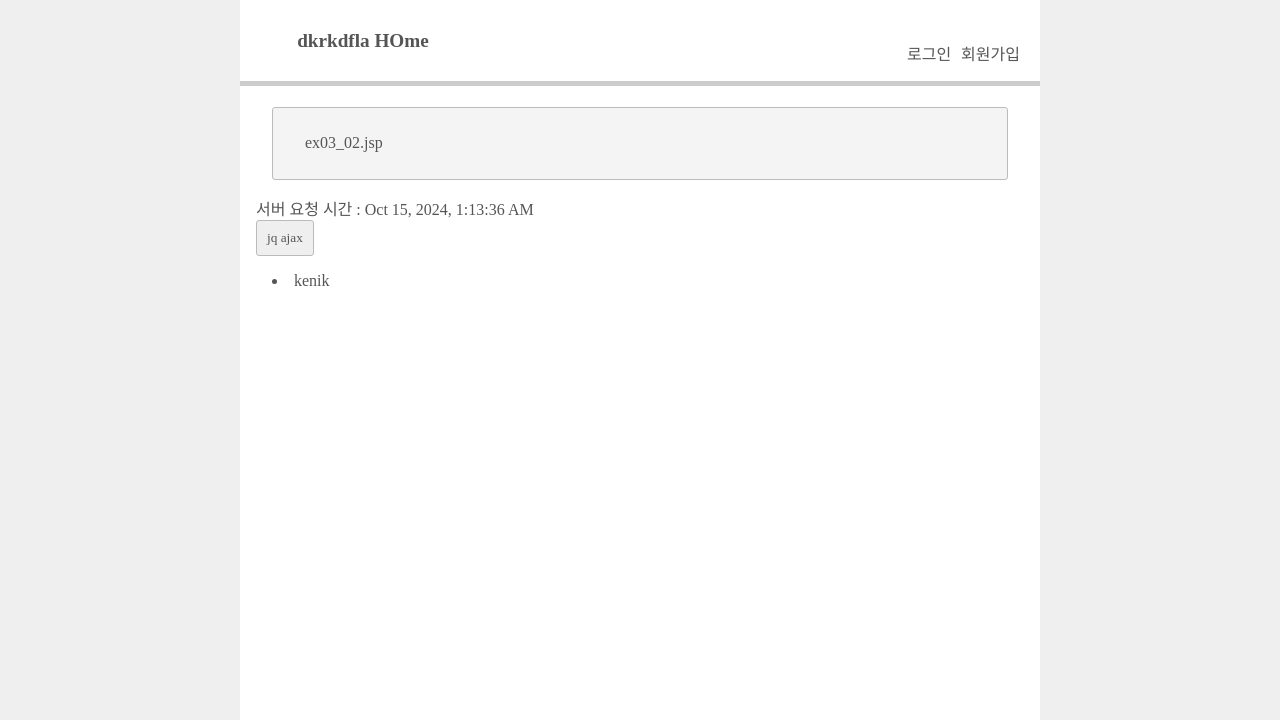
Repository: Dusajang/JSPClass
Page: http://localhost/jspPro/days09/ex03_02.jsp
An editor plug-in stored every save of this project. The page is shown before and after the next save, followed by the edit.
The browser window is 1280 px wide. The pictures show the whole page.
After loading, the first visible `input` was clicked once.
Some web fonts or font styles are not loaded; a fallback is used. The page is served by Tomcat 9. Other server files are loaded and not shown.

Above is the page before, as saved 2024-10-25 03:23:10.

### jspPro/src/main/webapp/days09/ex03_02.jsp
<%@page import="java.util.Date"%>
<%@ page contentType="text/html; charset=UTF-8" pageEncoding="UTF-8"%>
<%@ page trimDirectiveWhitespaces="true" %>
<%@ taglib prefix="c" uri="http://java.sun.com/jsp/jstl/core" %>
<!DOCTYPE html>
<html>
<head>
<meta charset="UTF-8">
<title>Insert title here</title>
<link rel="shortcut icon" type="image/x-icon" href="http://localhost/jspPro/images/SiSt.ico">
<script src="https://ajax.googleapis.com/ajax/libs/jquery/3.7.1/jquery.min.js"></script>
<meta name="viewport" content="width=device-width, initial-scale=1.0">
<meta name="google" content="notranslate">
<link rel="stylesheet" href="http://localhost/jspPro/resources/cdn-main/example.css">
<script src="http://localhost/jspPro/resources/cdn-main/example.js"></script>
<style>
 span.material-symbols-outlined{
    vertical-align: text-bottom;
 }
</style>
</head>
<body>
<header>
  <h1 class="main"><a href="#" style="position: absolute;top:30px;">dkrkdfla HOme</a></h1>
  <ul>
    <li><a href="#">로그인</a></li>
    <li><a href="#">회원가입</a></li>
  </ul>
</header>
<div>
  <xmp class="code">
    ex03_02.jsp
  </xmp>

  서버 요청 시간 : <%= new Date().toLocaleString() %>
  <br>

  <input type="button" value="jq ajax">
  <br>

  <p id="demo"></p>

  <script>
  $(function () {
		$("input").on("click", function (event) {
			// jq ajax method : load(url, param, callback)
			$("#demo").load(
				"ex03_ajax_info.txt",
				function (responseText, status, xhr) {
					if(status == "success"){
						let txt = responseText;
						let names = txt.split(",");
		            	for (let name of names) {
							$("#demo")
								.empty()
								.append($("<li></li>").text(name));
						}// for
					}//if
					if ( status == "error" ) {
					    var msg = "Sorry but there was an error: ";
					    $( "#demo" ).html( msg + xhr.status + " " + xhr.statusText );
					  }
				}//function
			);// load
		});//click
	});
  </script>
</div>
</body>
</html>

### jspPro/src/main/webapp/resources/cdn-main/example.css
@charset "UTF-8";

@import url('https://fonts.googleapis.com/css2?family=Material+Symbols+Outlined:opsz,wght,FILL,GRAD@20..48,100..700,0..1,-50..200');

@font-face {
    font-family: 'GmarketSansMedium';
    src: url('https://cdn.jsdelivr.net/gh/projectnoonnu/noonfonts_2001@1.1/GmarketSansMedium.woff') format('woff');
    font-weight: normal;
    font-style: normal;
}

:root {
	--text-color: #555;
	--sub-text-color: #777;
	--back-color: #EFEFEF;
	--header-color: #444;
	--primary-color: #DEDEDE;
	--secondary-color: #EFEFEF;
	--default-width: 800px;
	--narrow-width: 500px;
	--wide-width: 1200px;
	--text-font: 'GmarketSansMedium';
	--icon-font: 'Material Symbols Outlined';
	--border-color: #CCC;
}

html, body {
	margin: 0;
	padding: 0;
}

html {
	background-color: var(--back-color);
	display: flex;
	justify-content: center;
	min-height: 100vh;
}

body, body.default {
	width: var(--default-width);
	background-color: white;
	padding-bottom: 120px;
}

body.wide {
	width: var(--wide-width);
}

body.narrow {
	width: var(--narrow-width);
}



body, p, div, span, a, input, select, option, textarea, button, table, th, td, label, fieldset, legend {
	font-family: var(--text-font);
	color: var(--text-color);
}

h1, h2, h3 {
	font-family: var(--text-font);
	color: var(--header-color);
	padding: 0 1rem;
	padding-top: .5rem;
}

div > h1, div > h2, div > h3 {
	padding: 0;
}

body > div, body > main > div {
	padding: 0.3rem 1rem;
}


h1 { font-size: 2rem; border-bottom: 1px solid var(--border-color); }
h1 small { font-size: 1.2rem; color: var(--sub-text-color); }
h2 { font-size: 1.5rem; border-bottom: 1px dashed var(--border-color); }
h2 small { font-size: 1.1rem; color: --sub-text-color; }
h3 { font-size: 1.2rem; }
h3 small { font-size: 1rem; color: --sub-text-color; }



h1.main::before {
	font-family: var(--icon-font);
  	content: '\e666';
  	margin-right: 10px;
  	float: left;
	font-size: 2.5rem;
}

h1.sub::before {
	font-family: var(--icon-font);
  	content: '\ea19';
  	margin-right: 10px;
  	float: left;
	font-size: 2.5rem;
}


h1.page::before {
	font-family: var(--icon-font);
  	content: '\e0e0';
  	margin-right: 10px;
  	float: left;
	font-size: 2.5rem;
}

body > header > ul > li > .active{
	background-color: #FFF;
	color:#F00;
}

body > header {
	display: flex;
	justify-content: space-between;
	border-bottom: 5px solid var(--border-color);
	min-height: 74px;
	background-color: #FFF;
}

body > header.sticky {
	position: sticky;
	top: 0;
	z-index: 98;
}

body > header > h1 {
	font-size: 1.2rem;
	border: 0;
}

body > header.in > h1::before {
	font-family: var(--icon-font);
  	content: '\e332‥';
  	margin-right: 3px;
  	float: left;
	font-size: 2rem;
}


body > header > ul {
	list-style-type: none;
	display: flex;
	align-items: flex-end;
	margin-right: 10px;
}

body > header > ul > li {
	margin-right: 10px;
	cursor: pointer;
}

body > header > ul > li > a {
	cursor: pointer;
}


form {
	display: block;
}

form > div {
	padding: 0.3rem 1rem;
}

div > form > div {
	padding: 0.3rem 0;
}

input, textarea, button, select {
	border: 1px solid #BBB;
	border-radius: 3px;
	outline: none;
	resize: none;
	padding: 7px;
	margin: 0;
}

input[type=text]:read-only, textarea:read-only {
	cursor: not-allowed;
	background-color: #FFF;
}

input[type=text]:disabled, textarea:disabled {
	cursor: not-allowed;
	background-color: #EEE;
}

input[type=text], input[type=password], textarea, button, select {
	/* width: 300px; */
}

textarea {
	display: block;
	height: 100px;
}

input[type=button], input[type=submit], button {
	/* width: inherit; */
}

input.short, textarea.short, button.short, select.short {
	width: 100px;
}

input.long, textarea.long, button.long, select.long {
	width: 350px;
}

.narrow input.long, .narrow textarea.long, .narrow button.long, .narrow select.long {
	width: calc(100% - 20px);
}

input.full, textarea.full, button.full, select.full {
	width: calc(100% - 20px);
}

textarea.short {
	height: 50px;
}

textarea.long {
	height: 100px;
}

textarea.full {
	height: 200px;
}

input, textarea {
	padding-top: 8px;
}

input[type=button], input[type=submit], button {
	padding: 5px 10px;
	background-color: var(--secondary-color);
	cursor: pointer;
	min-height: 36px;
}

input[type=button].primary, input[type=submit].primary, button.primary {
	/* background-color: rgba(100, 149, 237, .2); */
	background-color: var(--primary-color);
}

input[type=button].primary:hover, input[type=submit].primary:hover, button.primary:hover {
	/* background-color: rgba(100, 149, 237, .3); */
	background-color: var(--secondary-color);
}

input[type=button]:hover, input[type=submit]:hover, button:hover {
	background-color: var(--primary-color);
}

button {
	position: relative;
	left: 0;
	top: 0;
	padding-left: 35px;
}

button .material-symbols-outlined {
	position: absolute;
	left: 10px;
	top: 4px;
}

/* k2nik add */
button.login::before {
	font-family: var(--icon-font);
  	content: '\ea77';
	position: absolute;
	left: 11px;
	top: 4px;
	font-size: 1.25rem;
}

/* k2nik logout */
button.logout::before {
	font-family: var(--icon-font);
  	content: '\e9ba';
	position: absolute;
	left: 11px;
	top: 4px;
	font-size: 1.25rem;
}

/* k2nik help */
button.help::before {
	font-family: var(--icon-font);
  	content: '\f1c0';
	position: absolute;
	left: 11px;
	top: 4px;
	font-size: 1.25rem;
}

button.add::before{
	font-family: var(--icon-font);
  	content: '\e746';
	position: absolute;
	left: 11px;
	top: 4px;
	font-size: 1.25rem;
}

button.back::before {
	font-family: var(--icon-font);
  	content: '\e166';
	position: absolute;
	left: 11px;
	top: 4px;
	font-size: 1.25rem;
}

button.list::before {
	font-family: var(--icon-font);
  	content: '\e0ee';
	position: absolute;
	left: 11px;
	top: 4px;
	font-size: 1.25rem;
}


button.del::before {
	font-family: var(--icon-font);
  	content: '\e872';
	position: absolute;
	left: 11px;
	top: 4px;
	font-size: 1.25rem;
}


button.edit::before {
	font-family: var(--icon-font);
  	content: '\e745';
	position: absolute;
	left: 11px;
	top: 4px;
	font-size: 1.25rem;
}


button.login::before {
	font-family: var(--icon-font);
  	content: '\ea77';
	position: absolute;
	left: 11px;
	top: 4px;
	font-size: 1.25rem;
}


button.logout::before {
	font-family: var(--icon-font);
  	content: '\e9ba';
	position: absolute;
	left: 11px;
	top: 4px;
	font-size: 1.25rem;
}


button.in::before {
	font-family: var(--icon-font);
  	content: '\f71a';
	position: absolute;
	left: 11px;
	top: 4px;
	font-size: 1.25rem;
}


button.out::before {
	font-family: var(--icon-font);
  	content: '\f70e';
	position: absolute;
	left: 11px;
	top: 4px;
	font-size: 1.25rem;
}


button.reply::before {
	font-family: var(--icon-font);
  	content: '\e15e';
	position: absolute;
	left: 11px;
	top: 4px;
	font-size: 1.25rem;
}


button.comment::before {
	font-family: var(--icon-font);
  	content: '\e0b9';
	position: absolute;
	left: 11px;
	top: 4px;
	font-size: 1.25rem;
}


button.modal::before {
	font-family: var(--icon-font);
  	content: '\e89e';
	position: absolute;
	left: 11px;
	top: 4px;
	font-size: 1.25rem;
}


button.ok::before {
	font-family: var(--icon-font);
  	content: '\e86c';
	position: absolute;
	left: 11px;
	top: 4px;
	font-size: 1.25rem;
}


button.cancel::before {
	font-family: var(--icon-font);
  	content: '\e5c9';
	position: absolute;
	left: 11px;
	top: 4px;
	font-size: 1.25rem;
}

button.search::before {
	font-family: var(--icon-font);
  	content: '\e8b6';
	position: absolute;
	left: 11px;
	top: 4px;
	font-size: 1.25rem;
}

button.home::before {
	font-family: var(--icon-font);
  	content: '\e88a';
	position: absolute;
	left: 11px;
	top: 4px;
	font-size: 1.25rem;
}


button.sidebar::before {
	font-family: var(--icon-font);
  	content: '\f7e4';
	position: absolute;
	left: 11px;
	top: 4px;
	font-size: 1.25rem;
}


button.sidebar-right::before {
	font-family: var(--icon-font);
  	content: '\f7e5';
	position: absolute;
	left: 11px;
	top: 4px;
	font-size: 1.25rem;
}




button::before {
	font-family: var(--icon-font);
  	content: '\e323';
	position: absolute;
	left: 11px;
	top: 4px;
	font-size: 1.25rem;
}


table {
	border-collapse: collapse;
	margin: 1rem;
	box-sizing: border-box;
	width: calc(100% - 32px);
}

table.content {
	width: auto;
}

div > table {
	margin: 0;
}

table th, table td {
	border: 1px solid var(--border-color);
	padding: 7px;
	font-weight: normal;
}

table th {
	background-color: var(--back-color);
}

table.vertical th {
	width: 150px;
}

table.vertical td {
	width: calc(100% - 182px);
	padding-left: 10px;
}

table.content td, table.content th {
	width: auto;
}

body.narrow table.vertical th {
	width: 100px;
}

body.narrow table.vertical td {
	width: calc(100% - 182px);
}


table + table {
	margin-top: 30px;
}


p {
	padding: 0 1rem;
}

a {
	text-decoration: none;
}

a:hover {
	color: rgba(255, 99, 71, .7);
}

hr {
	border: 0;
	border-top: 1px solid var(--border-color);
	margin: 2rem 0;
}

.message {
	border: 1px solid var(--border-color);
	background-color: #EFEFEF;
	margin: 1rem;
	width: auto;
	padding-top: 10px;
	padding-bottom: 10px;
	font-size: 14px;
}

.message[title]::before {
	content: attr(title);
	display: block;
	border-bottom: 1px solid var(--border-color);
	padding-bottom: 5px;
	margin-bottom: 10px;
	margin-top: 7px;
}

.message.short {
	max-width: 250px;
}

.message.long {
	max-width: 500px;
}

.badge {
	float: right;
	font-size: .8rem;
	margin-top: 2px;
	margin-right: 2px;
	text-shadow: 0 0 7px gray;
}

.badge.left {
	float: none;
	margin-left: 2px;
}

.badge.right {
	float: right;
}

.badge.red {
	border-radius: 50%;
	padding: 2px 5px;
	background-color: rgb(255, 99, 71, .3);
}

.badge.yellow {

	border-radius: 50%;
	padding: 2px 5px;
	background-color: rgb(255, 215, 0, .5);
}

.badge.blue {
	border-radius: 50%;
	padding: 2px 5px;
	background-color: rgb(100, 149, 237, .3);
}

label + label {
	margin-left: 7px;
}

label input[type=checkbox], label input[type=radio] {
	transform: translate(0, 1px);
}

.group {
	display: flex;
}

.modal-content .group {
	margin-bottom: .5rem;
}

.group label {
	border: 1px solid #BBB;
	border-radius: 3px;
	outline: none;
	resize: none;
	padding: 7px 14px;
	margin: 0;
	border-top-right-radius: 0;
	border-bottom-right-radius: 0;
	background-color: #EFEFEF;
	white-space: nowrap;
	font-size: 14px;
}

.group input[type=text] {
	margin-left: -1px;
	border-top-left-radius: 0;
	border-bottom-left-radius: 0;
}

.group select {
	margin-left: -1px;
	border-top-left-radius: 0;
	border-bottom-left-radius: 0;
}

.group input.full[type=text] {
	margin-left: -1px;
	border-top-left-radius: 0;
	border-bottom-left-radius: 0;
	width: 100%;
}

.group input[type=button]:first-child, .group button:first-child {
	border-top-left-radius: 3px;
	border-bottom-left-radius: 3px;
	margin-left: 0px;
}

.group input[type=button], .group button {
	border-radius: 0;
	margin-left: -1px;
}

.group input[type=button]:last-child, .group button:last-child {
	margin-left: -1px;
	border-top-right-radius: 3px;
	border-bottom-right-radius: 3px;
}

.seperate {
	display: flex;
	justify-content: space-between;
}

div.list {
	width: max-content;
	margin: 1rem;
	border: 1px solid #BBB;
	border-radius: 3px;
	padding: 0;
}

div.list.full {
	width: auto;
	display: block;
	margin: 1rem;
	border: 1px solid #BBB;
	border-radius: 3px;
	padding: 0;
}

div.list > div {
	padding: .5rem 1rem;
	margin: 0;
	border-bottom: 1px solid #BBB;
}

div.list > div:last-child {
	border-bottom: 0;
}

pre.code , xmp.code{
	font-family: consols;
	background-color: rgba(150, 150, 150, .1);
	border: 1px solid #BBB;
	border-radius: 3px;
	padding: .5rem 1rem;
	padding-bottom: .6rem;
	margin: 1rem;
}




*[data-modal-window] {
	position: fixed;
	background-color: rgba(0, 0, 0, .3);
	left: 0;
	top: 0;
	display: none;
	justify-content: center;
	align-items: flex-start;
	width: 100%;
	min-height: 100vh;
	z-index: 100;
	opacity: 0;
	transition: 500ms all;
}

*[data-modal-window] .modal-container {
	border-radius: 5px;
	padding: 1rem;
	padding-bottom: .5rem;
	margin-top: -500px;
	opacity: 0;
	width: 500px;
	background-color: #FFF;
	margin-right: 2rem;
	transition: 500ms all;
}

*[data-modal-size=content] .modal-container {
	width: auto;
}

*[data-modal-size=narrow] .modal-container {
	width: 300px;
}

*[data-modal-size=wide] .modal-container {
	width: 760px;
}


*[data-modal-window] .modal-header {
	border-bottom: 1px solid var(--border-color);
	padding: 2px 5px;
}

*[data-modal-window] .modal-content {
	padding: 1rem 5px;
}

*[data-modal-window] .modal-content div:last-child {
	margin-top: 1rem;
	text-align: right;
}



*[data-sidebar-window] {
	position: fixed;
	background-color: #FFF;
	left: 0;
	top: 0;
	display: block;
	width: 300px;
	border-right: 1px solid var(--border-color);
	box-sizing: border-box;
	box-shadow: 0 0 3px var(--back-color);
	min-height: 100vh;
	z-index: 99;
	transform: translate(-300px, 0);
	transition-duration: 500ms;
	transition-property: transform;
}

*[data-sidebar-direction=right] {
	left: auto;
	right: 0;
	transform: translate(300px, 0);
	border-left: 1px solid var(--border-color);
}

*[data-sidebar-size=wide] {
	width: 500px;
	transform: translate(-500px, 0);
}

*[data-sidebar-window] .sidebar-title {
	border-bottom: 1px solid var(--border-color);
	margin-top: 20px;
	margin-bottom: 20px;
	padding-bottom: 5px;
	display: flex;
	justify-content: space-between;
}

*[data-sidebar-window] .sidebar-title span:last-child {
	cursor: pointer;
}


/* K2Nik pagination */
.center {
  text-align: center;
}

.pagination {
  display: inline-block;
}

.pagination a {
  color: black;
  float: left;
  padding: 3px 6px;
  text-decoration: none;
  transition: background-color .3s;
  border: 1px solid #ddd;
  margin: 0 3px;
}

.pagination a.active {
  background-color: #4CAF50;
  color: white;
  border: 1px solid #4CAF50;
}

.pagination a:hover:not(.active) {background-color: #ddd;}

### jspPro/src/main/webapp/resources/cdn-main/example.js

window.onload = () => {

    const list = document.querySelectorAll('input, textarea');

    list.forEach(item => {
        item.setAttribute('autocomplete', 'off');
    });


    const modal_btn_list = document.querySelectorAll('*[data-modal-button]');

    modal_btn_list.forEach(item => {
        item.onclick = function() {

            const name = this.dataset['modalButton'];
            const modal_window = document.querySelector('*[data-modal-window=' + name);

            const container = document.createElement('div');
            container.className = 'modal-container';



            const modal_header = document.createElement('div');
            modal_header.textContent = modal_window.dataset['modalTitle'];
            modal_header.className = 'modal-header';
            container.appendChild(modal_header);

            const modal_content = document.createElement('div');
            modal_content.className = 'modal-content';
            container.appendChild(modal_content);

            Array.from(modal_window.childNodes).forEach(item => {
                modal_content.appendChild(item);
            });

            modal_window.appendChild(container);

            modal_window.style.display = 'flex';

            setTimeout(() => {
                modal_window.style.opacity = 1;
                container.style.marginTop = '20px';
                container.style.opacity = 1;
            }, 50);


            const modal_ok = document.querySelector('*[data-modal-ok=' + name);
            modal_ok.addEventListener('click', function() {
                modal_window.style.opacity = 0;
                container.style.marginTop = '-500px';
                container.style.opacity = 0;

                setTimeout(() => {
                    modal_window.innerHTML = modal_content.innerHTML;
                    modal_window.style.display = 'none';
                }, 500);

            });

            const modal_cancel = document.querySelector('*[data-modal-cancel=' + name);
            modal_cancel.addEventListener('click', function() {

                modal_window.style.opacity = 0;
                container.style.marginTop = '-500px';
                container.style.opacity = 0;

                setTimeout(() => {
                    modal_window.innerHTML = modal_content.innerHTML;
                    modal_window.style.display = 'none';
                }, 500);
            });


        };
    });


    const sidebar_btn_list = document.querySelectorAll('*[data-sidebar-button]');

    sidebar_btn_list.forEach(item => {
        item.onclick = function() {



            const name = this.dataset['sidebarButton'];
            const sidebar_window = document.querySelector('*[data-sidebar-window=' + name);

            if (sidebar_window.style.transform == 'translate(0px, 0px)') return;



            sidebar_window.style.transform = 'translate(0, 0)';

            const sidebar_title = document.createElement('div');
            sidebar_title.className = 'sidebar-title';
            sidebar_title.innerHTML = '<span>' + sidebar_window.dataset['sidebarTitle'] + '</span><span class="material-symbols-outlined">close</span>';

            sidebar_title.children[1].onclick = function() {

                let sign = 1;
                let distance = 300;

                if (sidebar_window.dataset['sidebarDirection'] != 'right') {
                    sign = -1;
                } else {
                    sign = 1;
                }

                if (sidebar_window.dataset['sidebarSize'] != 'wide') {
                    distance = 300;
                } else {
                    distance = 500;
                }

                distance *= sign;

                sidebar_window.style.transform = 'translate(' + distance + 'px, 0)';

                setTimeout(function() {
                    sidebar_window.removeChild(sidebar_window.children[0]);
                }, 500);
            };


            sidebar_window.prepend(sidebar_title);

        }
    });

};

// window.onkeydown = function(event) {

//     if (event.keyCode == 27) {
//         if (document.querySelector('[data-modal-window').style.display == 'flex') {
//             document.querySelector('[data-modal-window').style.display = 'none';
//         }
//     }

// };

### jspPro/src/main/webapp/days09/ex03_ajax_info.txt
admin,hong,park,kim,kenik

After the next save:
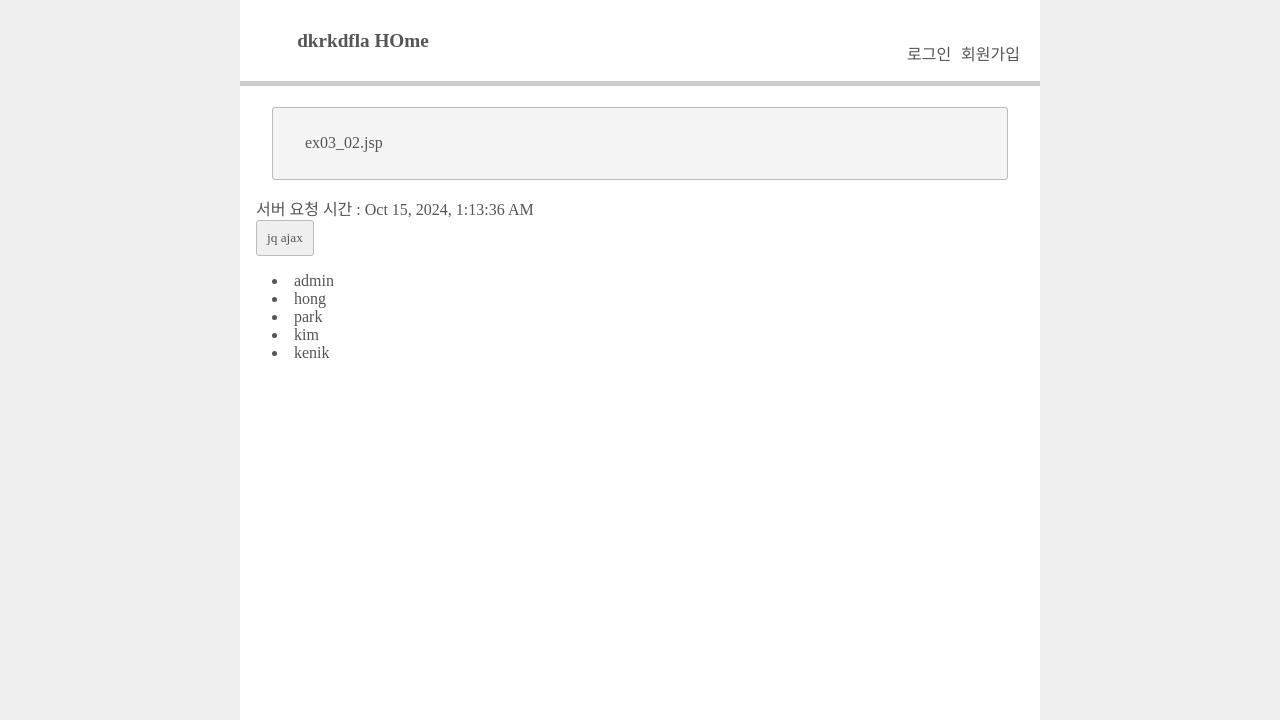
Saved 74 s later.
--- a/jspPro/src/main/webapp/days09/ex03_02.jsp
+++ b/jspPro/src/main/webapp/days09/ex03_02.jsp
@@ -50,10 +50,10 @@
 					if(status == "success"){
 						let txt = responseText;
 						let names = txt.split(",");
+						$("#demo").empty()
 		            	for (let name of names) {
 							$("#demo")
-								.empty()
-								.append($("<li></li>").text(name));
+							.append($("<li></li>").text(name));
 						}// for
 					}//if
 					if ( status == "error" ) {
